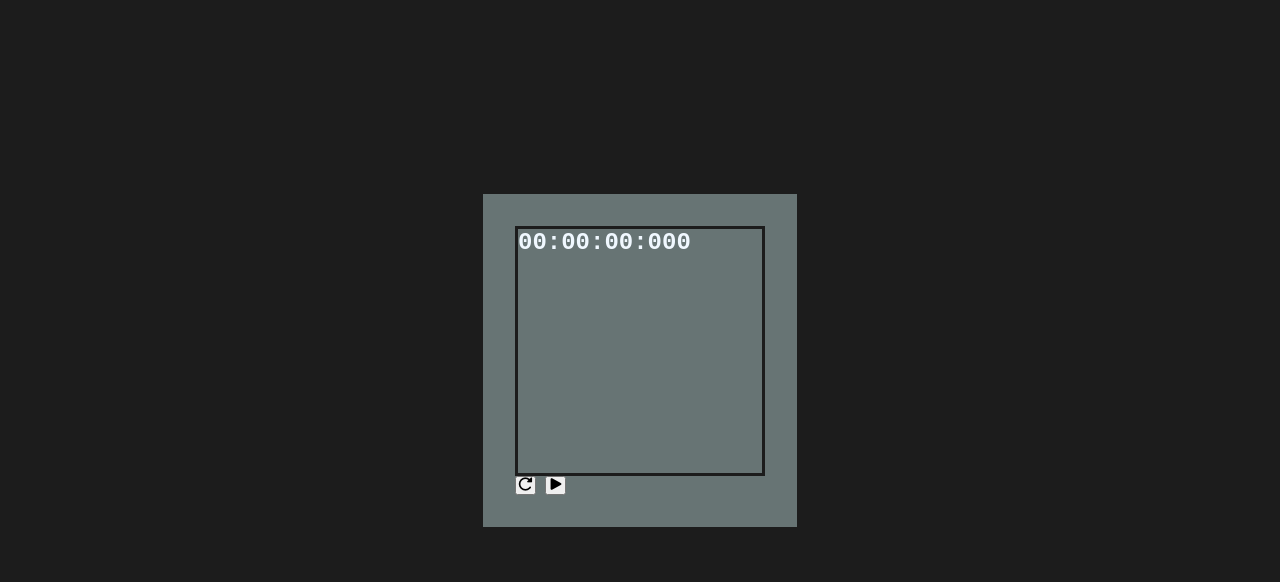
Repository: ValdemarCaculo/TEMPORIZADOR
Page: index.html
An editor plug-in stored every save of this project. The page is shown before and after the next save, followed by the edit.
The browser window is 1280 px wide. The pictures show the whole page.
Some web libraries are served in a nearby version.

Above is the page before, as saved 2025-12-06 14:27:59.

### index.html
<!DOCTYPE html>
<html lang="en">

<head>
    <meta charset="UTF-8">
    <meta name="viewport" content="width=device-width, initial-scale=1.0">
    <link rel="stylesheet" href="/CSS/style.css">
    <link rel="stylesheet" href="https://cdnjs.cloudflare.com/ajax/libs/font-awesome/7.0.1/css/all.min.css"
        integrity="sha512-2SwdPD6INVrV/lHTZbO2nodKhrnDdJK9/kg2XD1r9uGqPo1cUbujc+IYdlYdEErWNu69gVcYgdxlmVmzTWnetw=="
        crossorigin="anonymous" referrerpolicy="no-referrer" />
    <title>Temporizador</title>
</head>

<body>
    <div class="contador">

        <h2 id="time">00:00:00:000</h2>

        <div class="content">

            <button id="reset">
                <i class="fa-solid fa-rotate-right"></i>
            </button>
            <button id="inicio" action="start">
                <i class="fa-solid fa-play">
                </i></button>

        </div>
    </div>



</body>

</html>

### CSS/style.css
* {
    margin: 0;
    padding: 0;
    box-sizing: border-box;
    font-family: 'Courier New', Courier, monospace;
}

body {
    height: 100vh;
    display: flex;
    background-color: #1c1c1c;
    color: aliceblue;
    align-items: center;
    justify-content: center;

}

.contador {
    padding: 2rem;
    background-color: #677474;
}

#time {
    background-color: #677474;
    width:250px;
    height: 250px;
    border: 3px solid #1c1c1c;
    mar
}

After the next save:
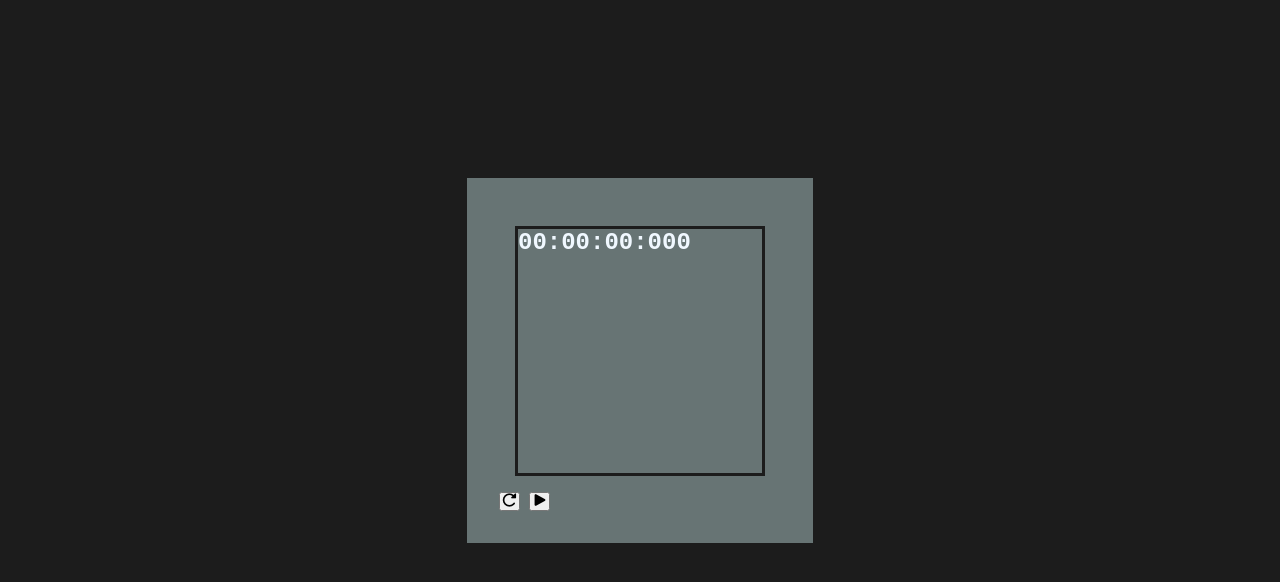
Saved 5 s later.
--- a/CSS/style.css
+++ b/CSS/style.css
@@ -25,5 +25,5 @@ body {
     width:250px;
     height: 250px;
     border: 3px solid #1c1c1c;
-    mar
+    margin: 1rem;
 }
